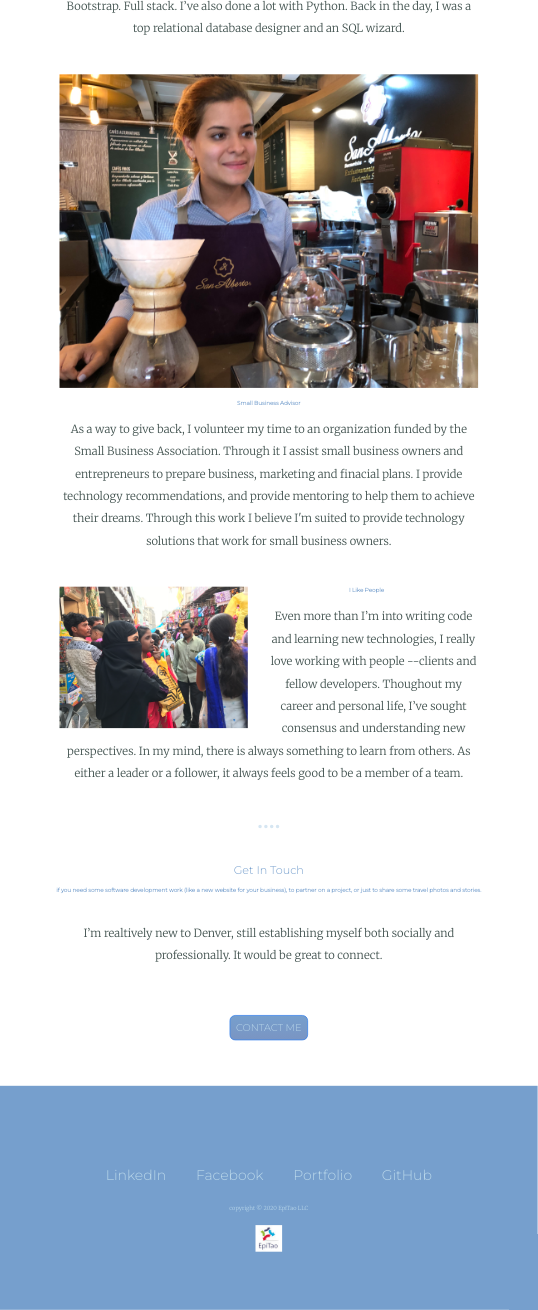
Repository: EpiTao-LLC/Personal_web_page
Page: index.html
An editor plug-in stored every save of this project. The page is shown before and after the next save, followed by the edit.
The browser window is 768 px wide. The pictures show the part of the page from y = 2593 to 4833 px (the page is 4464 px tall before and 4833 px after), at 70% of full size.

Above is the page before, as saved 2021-07-22 23:38:49.

After the next save:
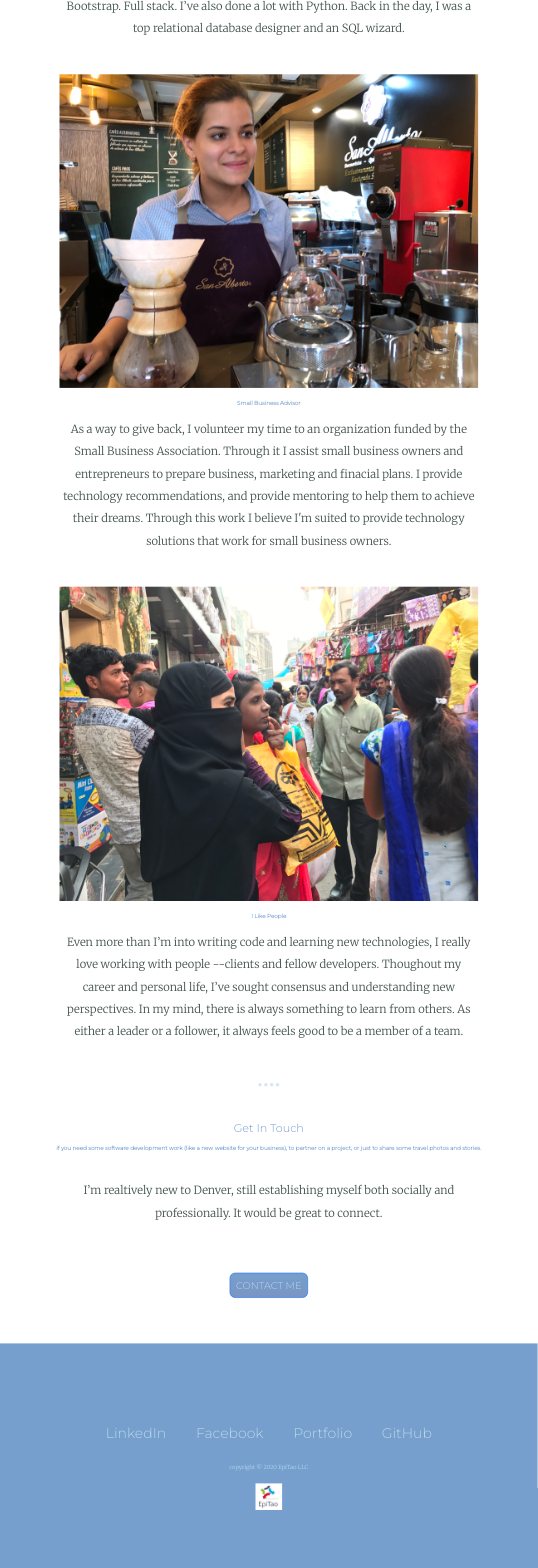
Saved 6 min 3 s later.
--- a/css/styles.css
+++ b/css/styles.css
@@ -284,7 +284,7 @@ a:hover{
         width: 90%;
         height: 90%
     }
-    .skills-img-1, .skills-img-2, .skills-img-3.cover-img{
+    .skills-img-1, .skills-img-2, .skills-img-3,.cover-img{
 
         width: 100%;
         height: 100%;
